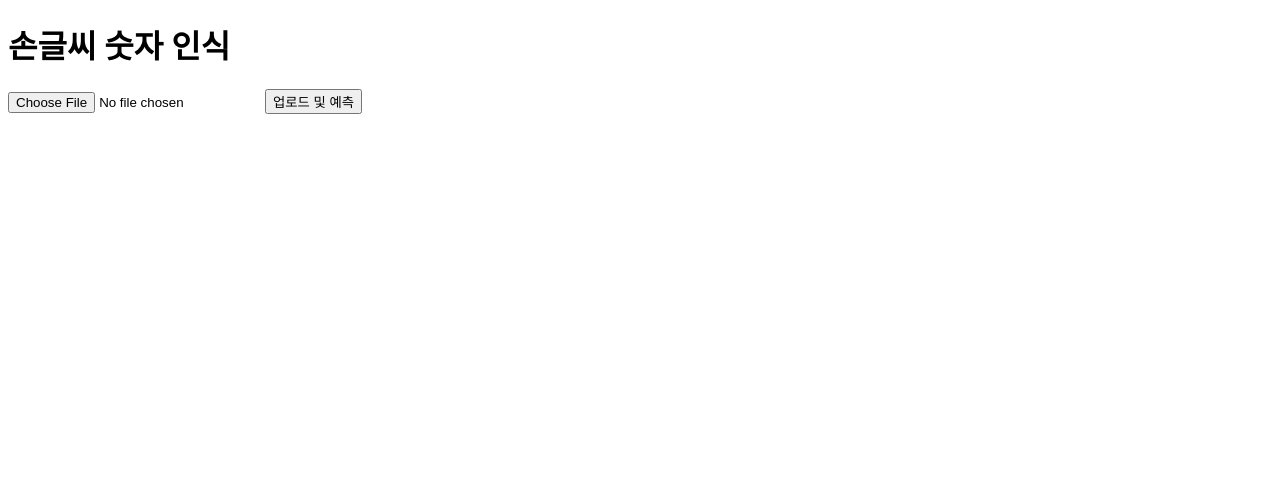
Repository: Upstage-AI-Lab-4/ml4-pub
Page: templates/index.html
An editor plug-in stored every save of this project. The page is shown before and after the next save, followed by the edit.
The browser window is 1280 px wide. The pictures show the whole page.

Above is the page before, as saved 2024-10-08 17:33:08.

After the next save:
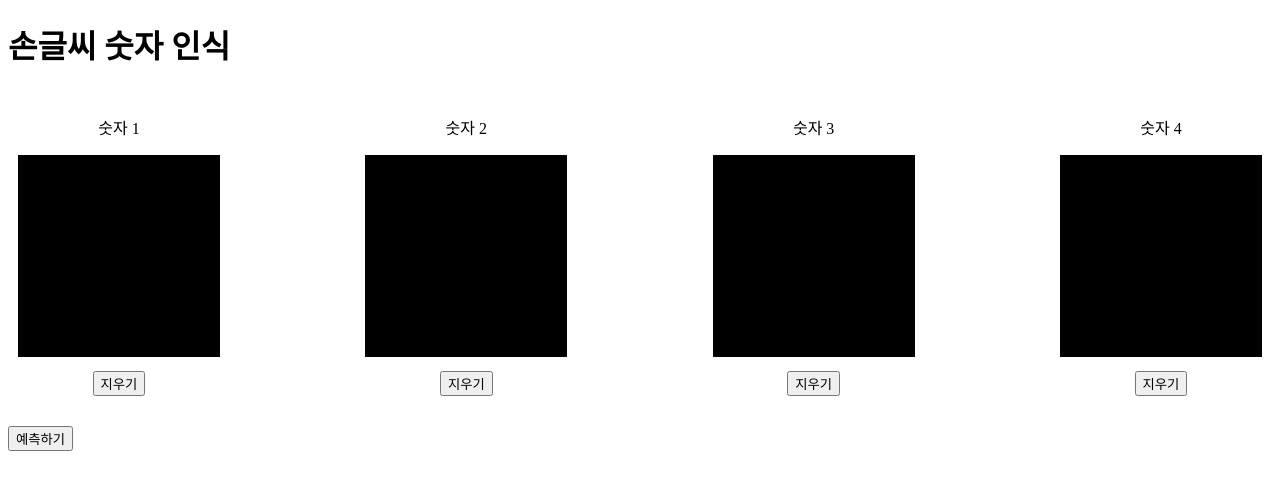
Saved 99 s later.
--- a/templates/index.html
+++ b/templates/index.html
@@ -2,30 +2,150 @@
 <html>
 <head>
     <title>손글씨 숫자 인식</title>
+    <style>
+        .canvas-container {
+            display: flex;
+            justify-content: space-between;
+            flex-wrap: wrap;
+            margin-bottom: 20px;
+        }
+        canvas {
+            border: 1px solid #000;
+            background-color: #000; /* 배경색을 검정색으로 설정 */
+            margin-bottom: 10px;
+        }
+        .canvas-wrapper {
+            text-align: center;
+            margin: 10px;
+        }
+    </style>
 </head>
 <body>
     <h1>손글씨 숫자 인식</h1>
-    <div id="image_container"></div>
-    <form action="/predict" enctype="multipart/form-data" method="post">
-        <input type="file" name="image" onchange="setThumbnail(event);" accept="image/*" required>
-        <input type="submit" value="업로드 및 예측">
+    <form id="digitForm" action="/predict" method="post" onsubmit="prepareForm()">
+        <div class="canvas-container">
+            <div class="canvas-wrapper">
+                <p>숫자 1</p>
+                <canvas id="canvas1" width="200" height="200"></canvas><br>
+                <button type="button" onclick="clearCanvas('canvas1')">지우기</button>
+            </div>
+            <div class="canvas-wrapper">
+                <p>숫자 2</p>
+                <canvas id="canvas2" width="200" height="200"></canvas><br>
+                <button type="button" onclick="clearCanvas('canvas2')">지우기</button>
+            </div>
+            <div class="canvas-wrapper">
+                <p>숫자 3</p>
+                <canvas id="canvas3" width="200" height="200"></canvas><br>
+                <button type="button" onclick="clearCanvas('canvas3')">지우기</button>
+            </div>
+            <div class="canvas-wrapper">
+                <p>숫자 4</p>
+                <canvas id="canvas4" width="200" height="200"></canvas><br>
+                <button type="button" onclick="clearCanvas('canvas4')">지우기</button>
+            </div>
+        </div>
+        <!-- 캔버스 데이터를 저장하기 위한 숨겨진 입력 필드 -->
+        <input type="hidden" name="image1" id="image1">
+        <input type="hidden" name="image2" id="image2">
+        <input type="hidden" name="image3" id="image3">
+        <input type="hidden" name="image4" id="image4">
+        <button type="submit">예측하기</button>
     </form>
+    <script>
+        function initCanvas(canvasId) {
+            var canvas = document.getElementById(canvasId);
+            var ctx = canvas.getContext("2d");
+            var painting = false;
 
+            // 배경색을 검정색으로 초기화
+            ctx.fillStyle = "#000";
+            ctx.fillRect(0, 0, canvas.width, canvas.height);
 
+            // 선 색상을 흰색으로 설정
+            ctx.strokeStyle = "#fff";
 
-    <script>
-      function setThumbnail(event) {
-        var reader = new FileReader();
+            // 이벤트 타입 결정
+            var events = {
+                start: "mousedown",
+                move: "mousemove",
+                end: "mouseup"
+            };
 
-        reader.onload = function(event) {
-          var img = document.createElement("img");
-          img.setAttribute("src", event.target.result);
-          document.querySelector("div#image_container").appendChild(img);
-        };
+            if ('ontouchstart' in window) {
+                events.start = "touchstart";
+                events.move = "touchmove";
+                events.end = "touchend";
+            }
 
-        reader.readAsDataURL(event.target.files[0]);
-      }
+            canvas.addEventListener(events.start, startPosition);
+            canvas.addEventListener(events.end, finishedPosition);
+            canvas.addEventListener(events.move, draw);
+            canvas.addEventListener("mouseleave", finishedPosition);
+
+            function getPointerPos(e) {
+                var rect = canvas.getBoundingClientRect();
+                if (e.touches) {
+                    return {
+                        x: e.touches[0].clientX - rect.left,
+                        y: e.touches[0].clientY - rect.top
+                    };
+                } else {
+                    return {
+                        x: e.clientX - rect.left,
+                        y: e.clientY - rect.top
+                    };
+                }
+            }
+
+            function startPosition(e) {
+                e.preventDefault();
+                painting = true;
+                draw(e);
+            }
+
+            function finishedPosition() {
+                painting = false;
+                ctx.beginPath();
+            }
+
+            function draw(e) {
+                if (!painting) return;
+                e.preventDefault();
+                ctx.lineWidth = 15;
+                ctx.lineCap = "round";
+
+                var pos = getPointerPos(e);
+                ctx.lineTo(pos.x, pos.y);
+                ctx.stroke();
+                ctx.beginPath();
+                ctx.moveTo(pos.x, pos.y);
+            }
+        }
+
+        function clearCanvas(canvasId) {
+            var canvas = document.getElementById(canvasId);
+            var ctx = canvas.getContext("2d");
+            // 캔버스를 검정색으로 초기화
+            ctx.fillStyle = "#000";
+            ctx.fillRect(0, 0, canvas.width, canvas.height);
+            ctx.beginPath();
+        }
+
+        function prepareForm() {
+            var canvases = ['canvas1', 'canvas2', 'canvas3', 'canvas4'];
+            for (var i = 0; i < canvases.length; i++) {
+                var canvas = document.getElementById(canvases[i]);
+                var dataURL = canvas.toDataURL('image/png');
+                document.getElementById('image' + (i+1)).value = dataURL;
+            }
+        }
+
+        // 캔버스 초기화
+        initCanvas('canvas1');
+        initCanvas('canvas2');
+        initCanvas('canvas3');
+        initCanvas('canvas4');
     </script>
-
 </body>
 </html>
